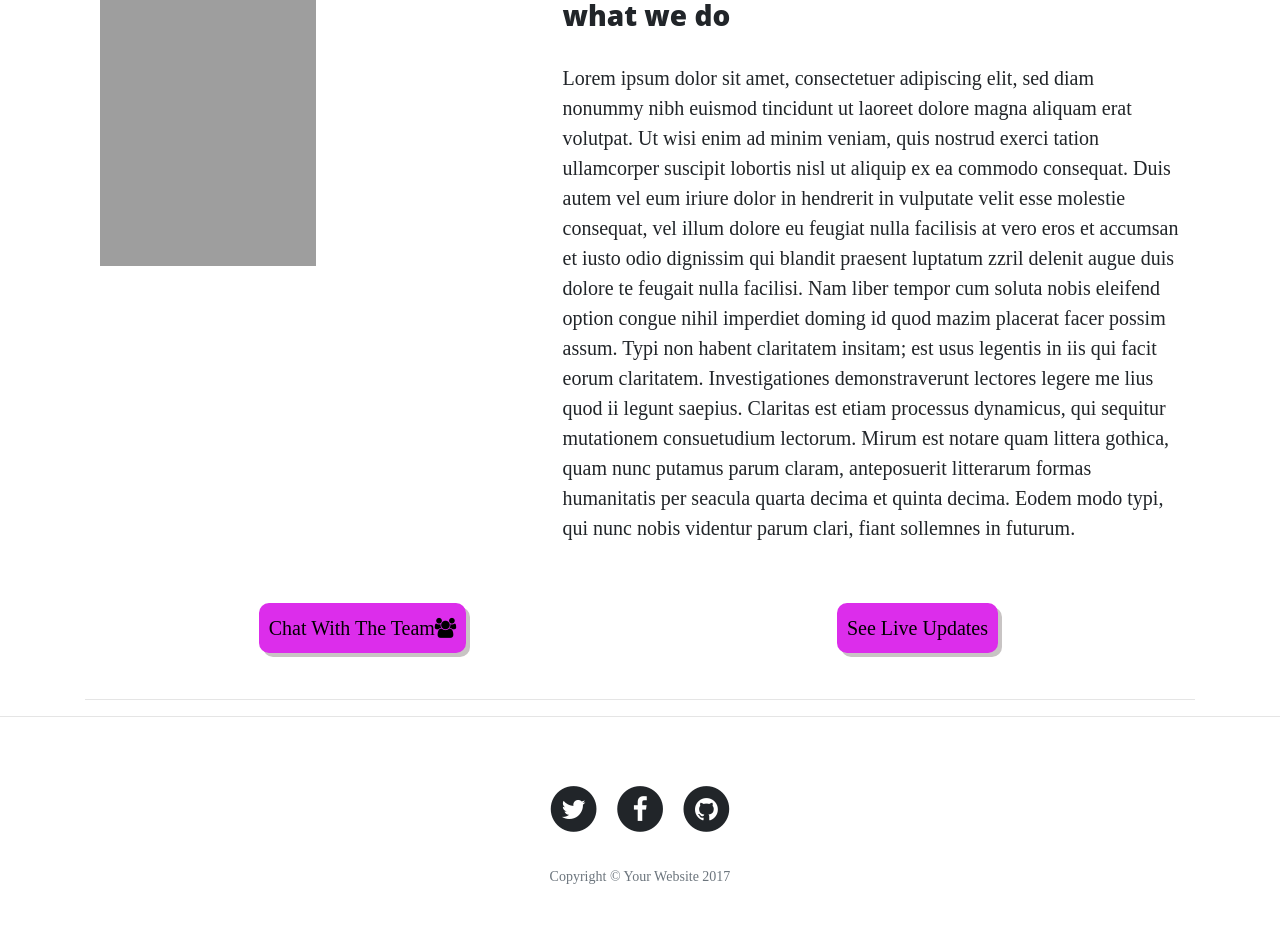
Repository: cachimiro/los-pochoclos
Page: http://localhost/charity
The author's editor kept a record of every edit. The page is drawn from the files as they stood at one moment, then again after the next edit.
The browser window is 1280 px wide. The pictures show the part of the page from y = 1902 to 2854 px (the page is 2854 px tall).
Pictures or frames that could not be fetched are drawn as grey boxes. The page is served by the project's application, run on Flask 3 (run.py). Other server files are loaded and not shown.

Above is the page before.

### templates/charity.html
{% extends 'base.html' %} {% block content %}

  <!---- style for image slide show------>

<style>
.mySlides {
  display: none;
}

img {
  vertical-align: middle;
}

/* Slideshow container */

.slideshow-container {
  max-width: 1000px;
  position: relative;
  margin: auto;
}


/* Fading animation */

.fade {
  -webkit-animation-name: fade;
  -webkit-animation-duration: 3s;
  animation-name: fade;
  animation-duration: 3s;
  width: 80%;


}

@-webkit-keyframes fade {
  from {
    opacity: .4
  }
  to {
    opacity: 1
  }
}

@keyframes fade {
  from {
    opacity: .4
  }
  to {
    opacity: 1
  }
}

/* On smaller screens, decrease text size */

@media only screen and (max-width: 300px) {
  .text {
    font-size: 11px
  }
}
.header-what-we-do{
  margin-top: 100px;

}
/*---------- style for buttons at the end of the section*/
.col-lg-6, .col-md-6, .col-sm-6 button{
  text-align: center;
  padding:10px;
}
button{
  margin: 20px;
  border-radius: 10px;
  text-decoration:none;
  background-color:#dc2deb;
  border:none;
  box-shadow: 4px 4px #c8c4c4;
}




</style>
<h2>

   {{ page_title }}

</h2><header class="masthead" style="background-image: url('https://scontent-lht6-1.xx.fbcdn.net/v/t1.0-9/198979_183783401664354_8256655_n.jpg?_nc_cat=107&_nc_ohc=fo7OV44w-2MAQn056HLddJiNwwdMlJGb7H2xHXyMq6WGMhgtGDJShV99A&_nc_ht=scontent-lht6-1.xx&oh=b607f42559864e66febb7cb282797aff&oe=5E6CB1C7')"><div class="overlay"></div><div class="container"><div class="row"><div class="col-lg-8 col-md-10 mx-auto"><div class="post-heading"><h1 style=" text-align:  center; margin:10px">Her Name IS Tanya</h1><h2 class="subheading" style=" text-align:  center">She is the reason this charity is taking place</h2></div></div></div></div></header><section><div class="container"><div class="row"><div class="col-lg-7 col-md-7 "><h3>why we do it</h3><p>Lorem ipsum dolor sit amet,
consectetuer adipiscing elit,
sed diam nonummy nibh euismod tincidunt ut laoreet dolore magna aliquam erat volutpat. Ut wisi enim ad minim veniam,
quis nostrud exerci tation ullamcorper suscipit lobortis nisl ut aliquip ex ea commodo consequat. Duis autem vel eum iriure dolor in hendrerit in vulputate velit esse molestie consequat,
vel illum dolore eu feugiat nulla facilisis at vero eros et accumsan et iusto odio dignissim qui blandit praesent luptatum zzril delenit augue duis dolore te feugait nulla facilisi. Nam liber tempor cum soluta nobis eleifend option congue nihil imperdiet doming id quod mazim placerat facer possim assum. Typi non habent claritatem insitam;
est usus legentis in iis qui facit eorum claritatem. Investigationes demonstraverunt lectores legere me lius quod ii legunt saepius. Claritas est etiam processus dynamicus,
qui sequitur mutationem consuetudium lectorum. Mirum est notare quam littera gothica,
quam nunc putamus parum claram,
anteposuerit litterarum formas humanitatis per seacula quarta decima et quinta decima. Eodem modo typi,
qui nunc nobis videntur parum clari,
fiant sollemnes in futurum.</p>
</div>
<div class="col-lg-5 col-md-5 " id="slide-show-photos">
  <div class="slideshow-container">
    <div class="mySlides fade">
      <img src="../static/img/tanya.jpg" style="width:100%"></div>
      <div class="mySlides fade">
        <img src="../static/img/tanya johann me.jpg" style="width:100%">
        </div>
        <div class="mySlides fade">
          <img src="../static/img/tanya johann boat.jpg" style="width:100%">
          </div>
          <div class="mySlides fade">
            <img src="https://scontent-lht6-1.xx.fbcdn.net/v/t1.0-9/25386_102864843089544_4935509_n.jpg?_nc_cat=103&_nc_ohc=gEBut99aF3IAQkGh2dldj7rDEqOye1kls_eliVdeWwcZ1DdaCadag5gFQ&_nc_ht=scontent-lht6-1.xx&oh=cae8cc26c64154a938cf9d5bbbaead0b&oe=5E72ED2F" style="width:100%">
            </div>
            <div class="mySlides fade">
              <img src="https://scontent-lht6-1.xx.fbcdn.net/v/t1.0-9/180900_177976592245035_1671228_n.jpg?_nc_cat=109&_nc_ohc=qDvnJq8rDvAAQloh-x4Y1ss8SHi2GQDt0S3Kc7WZ157JWn1C8r6mT0zFA&_nc_ht=scontent-lht6-1.xx&oh=0b086a2d586bd58b9278851fe02b9c69&oe=5E89726A" style="width:100%">
              </div>
              <div class="mySlides fade">
                <img src="https://scontent-lht6-1.xx.fbcdn.net/v/t1.0-9/39856_129568613752500_1749319_n.jpg?_nc_cat=107&_nc_ohc=VbtnikZ4UBIAQm_39U4ICHl5PVwWSM9EfFt46WSFkuyafOAVk16vLfBNQ&_nc_ht=scontent-lht6-1.xx&oh=3916972b16bf0ef1aaa6dbd30f918e8c&oe=5E857C1F" style="width:100%">
                </div>
                <div class="mySlides fade">
                  <img src="https://scontent-lht6-1.xx.fbcdn.net/v/t1.0-9/23616_102168856492476_1335747_n.jpg?_nc_cat=100&_nc_ohc=_Y0Ii_6dvjcAQld-oXSXNZD6aHam7c5aFn1_Psz9tGSr24VNRF43ApxNg&_nc_ht=scontent-lht6-1.xx&oh=45c7b910adaab8b106013aae4438ef9c&oe=5E7C4A69" style="width:100%">
                  </div>
                  <div class="mySlides fade">
                    <img src="https://scontent-lht6-1.xx.fbcdn.net/v/t1.0-9/23616_102168843159144_7658005_n.jpg?_nc_cat=105&_nc_ohc=C1_1UhY55poAQmDDsgh1mSU5BhCB98OIYsiea9VLHcAAWtw3R7zCmK9Qw&_nc_ht=scontent-lht6-1.xx&oh=c30c6dd46ef4eb20c48488902b23b23b&oe=5E679151" style="width:100%">
                    </div>
                    <div class="mySlides fade">
                      <img src="https://scontent-lht6-1.xx.fbcdn.net/v/t1.0-9/23616_102168839825811_4312866_n.jpg?_nc_cat=103&_nc_ohc=7XZMiaFhE68AQlGjjlRyDXl-6vRoc4kv43HAD3T51gYsdx9m0FwPdykvA&_nc_ht=scontent-lht6-1.xx&oh=14b57c4db923190f0b434e5ee2c40ac8&oe=5E84D878" style="width:100%">
                      </div>
                      <div class="mySlides fade">
                        <img src="https://scontent-lht6-1.xx.fbcdn.net/v/t1.0-9/23616_102168826492479_7425229_n.jpg?_nc_cat=102&_nc_ohc=P069FW_Xm0MAQmMMkUpeGYPFX3nCmj2GIx885TjCuPyCAKm8NxeiozWWA&_nc_ht=scontent-lht6-1.xx&oh=7587277eeb2a455100c6cf21e5ccabec&oe=5E7725B3" style="width:100%">
                        </div>
                        <div class="mySlides fade">
                          <img src="https://scontent-lht6-1.xx.fbcdn.net/v/t1.0-9/23616_102168796492482_5337829_n.jpg?_nc_cat=111&_nc_ohc=h9tve8Wh-joAQlkQ4HomnAXcCsh_u3Y_tedr8m8sGSzLUf8caP8--Y27g&_nc_ht=scontent-lht6-1.xx&oh=75648782b4571c95bec1810f26d56d2e&oe=5E6C4F18" style="width:100%">
                          </div>

                          </div>
                          </div>
                          <div class="container">
                            <div class="row">
                              <div class="col-lg-5 col-md-5 ">

                  <img src="https://image.freepik.com/free-vector/red-coming-soon-neon-icon-vector_53876-63152.jpg"></img>

       </div>
     <div class="col-lg-7 col-md-7 ">
   <h3 class="header-what-we-do">what we do</h3>
   <p>Lorem ipsum dolor sit amet,
consectetuer adipiscing elit,
sed diam nonummy nibh euismod tincidunt ut laoreet dolore magna aliquam erat volutpat. Ut wisi enim ad minim veniam,
quis nostrud exerci tation ullamcorper suscipit lobortis nisl ut aliquip ex ea commodo consequat. Duis autem vel eum iriure dolor in hendrerit in vulputate velit esse molestie consequat,
vel illum dolore eu feugiat nulla facilisis at vero eros et accumsan et iusto odio dignissim qui blandit praesent luptatum zzril delenit augue duis dolore te feugait nulla facilisi. Nam liber tempor cum soluta nobis eleifend option congue nihil imperdiet doming id quod mazim placerat facer possim assum. Typi non habent claritatem insitam;
est usus legentis in iis qui facit eorum claritatem. Investigationes demonstraverunt lectores legere me lius quod ii legunt saepius. Claritas est etiam processus dynamicus,
qui sequitur mutationem consuetudium lectorum. Mirum est notare quam littera gothica,
quam nunc putamus parum claram,
anteposuerit litterarum formas humanitatis per seacula quarta decima et quinta decima. Eodem modo typi,
qui nunc nobis videntur parum clari,
fiant sollemnes in futurum.</p>

</p>
</div>
</div>
</div>
<div class="container">
  <div class="row">
    <div class="col-lg-6 col-md-6 col-sm-6">
      <button>Chat With The Team<i class="fa fa-users"></i></button>
    </div>
    <div class="col-lg-6 col-md-6 col-sm-6">
      <button class="colour-change">See Live Updates<i class="fas fa-people-carry"></i></button>
    </div>
  </div>
</div>
</section>
<hr>
<script>
var slideIndex=0;
showSlides();

function showSlides() {
  var i;
  var slides=document.getElementsByClassName("mySlides");
  var stopSlideShow=document.getElementsByClassName('stop-Slide-Show');
  for (i=0;
  i < slides.length;
  i++) {
    slides[i].style.display="none";
  }
  slideIndex++;
  if (slideIndex > slides.length) {
    slideIndex=1
  }

  slides[slideIndex-1].style.display="block";
  setTimeout(showSlides, 3000); // Change image every 2 seconds

}




</script>
{% endblock %}

### templates/base.html
<!DOCTYPE html>
<html lang="en">
<head>
    <meta charset="UTF-8">
    <meta name="viewport" content="width=device-width, initial-scale=1.0">
    <meta http-equiv="X-UA-Compatible" content="ie=edge">
    <link href="https://stackpath.bootstrapcdn.com/font-awesome/4.7.0/css/font-awesome.min.css" rel="stylesheet" integrity="sha384-wvfXpqpZZVQGK6TAh5PVlGOfQNHSoD2xbE+QkPxCAFlNEevoEH3Sl0sibVcOQVnN" crossorigin="anonymous">
    <link href="{{ url_for('static', filename='vendor/bootstrap/css/bootstrap.min.css') }}" rel="stylesheet">
    <link rel="stylesheet" href="{{ url_for('static', filename='css/clean-blog.min.css') }}" type="text/css" />
    <link rel="stylesheet" href="{{ url_for('static', filename='css/style.css') }}" type="text/css" />
    <title>Los Pochocolos</title>
</head>
<body>
    <!-- Navigation -->
    <nav class="navbar navbar-expand-lg navbar-light fixed-top" id="mainNav">
        <div class="container">
            <a class="navbar-brand" href="{{url_for('index') }}">Finca Los Pochocolos</a>
            <button class="navbar-toggler navbar-toggler-right" type="button" data-toggle="collapse" data-target="#navbarResponsive" aria-controls="navbarResponsive" aria-expanded="false" aria-label="Toggle navigation">
          Menu
          <i class="fa fa-bars"></i>
        </button>
            <div class="collapse navbar-collapse" id="navbarResponsive">
                <ul class="navbar-nav ml-auto">
                    <li class="nav-item">
                        <a class="nav-link" href="{{ url_for('index') }}">Home</a>
                    </li>
                    <li class="nav-item">
                        <a class="nav-link" href="{{ url_for('about') }}">About</a>
                    </li>
                    <li class="nav-item">
                        <a class="nav-link" href="{{ url_for('contact') }}">Contact</a>
                    </li>
                    <li class="nav-item">
                        <a class="nav-link" href="{{ url_for('careers') }}">Careers</a>
                    </li>
                       <li class="nav-item">
                        <a class="nav-link" href="{{ url_for('charity') }}">Charity</a>
                    </li>
                </ul>
            </div>
        </div>
    </nav>

    <!-- Page Header -->
    <header class="masthead" style="background-image: url('https://berakatours.com/wp-content/uploads/2017/09/Avistamiento-Aves-Colombia.jpg')">
        <div class="overlay"></div>
        <div class="container">
            <div class="row">
                <div class="col-lg-8 col-md-10 mx-auto">
                    <div class="site-heading">
                        <h1>Los Pocholos</h1>
                        <span class="subheading">Turismo En La Guajira Colombia</span>
                    </div>
                </div>
            </div>
        </div>
    </header>

    <!-- Main Content -->
    <div class="container">
        {% block content %} {% endblock %}
    </div>

    <hr>

    <!-- Footer -->
    <footer>
        <div class="container">
            <div class="row">
                <div class="col-lg-8 col-md-10 mx-auto">
                    <ul class="list-inline text-center">
                        <li class="list-inline-item">
                            <a href="#">
                                <span class="fa-stack fa-lg">
                    <i class="fa fa-circle fa-stack-2x"></i>
                    <i class="fa fa-twitter fa-stack-1x fa-inverse"></i>
                  </span>
                            </a>
                        </li>
                        <li class="list-inline-item">
                            <a href="#">
                                <span class="fa-stack fa-lg">
                    <i class="fa fa-circle fa-stack-2x"></i>
                    <i class="fa fa-facebook fa-stack-1x fa-inverse"></i>
                  </span>
                            </a>
                        </li>
                        <li class="list-inline-item">
                            <a href="#">
                                <span class="fa-stack fa-lg">
                    <i class="fa fa-circle fa-stack-2x"></i>
                    <i class="fa fa-github fa-stack-1x fa-inverse"></i>
                  </span>
                            </a>
                        </li>
                    </ul>
                    <p class="copyright text-muted">Copyright &copy; Your Website 2017</p>
                </div>
            </div>
        </div>
    </footer>

    <!-- Bootstrap core JavaScript -->
    <script src="{{ url_for('static', filename='vendor/jquery/jquery.min.js') }}"></script>
    <script src="{{ url_for('static', filename='vendor/bootstrap/js/bootstrap.bundle.min.js') }}"></script>

    <!-- Custom scripts for this template -->
    <script src="{{ url_for('static', filename='js/clean-blog.min.js') }}"></script>

</body>
</html>

### run.py
import os
import json
from flask import Flask, render_template, request, flash

app = Flask(__name__)
app.secret_key = "cachimiro"


@app.route('/')
def index():
    return render_template("index.html")


@app.route('/about')
def about():
    data = []
    with open("data/company.json", "r") as json_data:
        data = json.load(json_data)
    return render_template("about.html", page_title="About", company=data)

@app.route('/about/<member_name>')
def about_member(member_name):
    member = {}

    with open("data/company.json", "r") as json_data:
        data = json.load(json_data)
        for obj in data:
            if obj["url"] == member_name:
                member = obj

    return render_template("member.html", member=member)




@app.route('/contact', methods=["GET", "POST"])
def contact():
    if request.method == "POST":
        flash("Thanks {}, we have received your message".format(
            request.form["name"]
        ))
    return render_template("contact.html", page_title="Contact")


@app.route('/careers')
def careers():
   return render_template("careers.html", page_title="careers")

@app.route('/charity')
def charity():
   return render_template("charity.html", page_title="charity")

if __name__ == '__main__':
    app.run(host=os.environ.get('IP'),
            port=int(os.environ.get('PORT')),
            debug=True)

### static/css/style.css
.col-md-5 img {
    width: 50%;
    height: 50%;
    margin-top: 30px;
    margin-bottom: 50px;

}

Loaded but not shown: static/css/clean-blog.min.css (library); static/js/clean-blog.min.js (common file)

After the next edit:
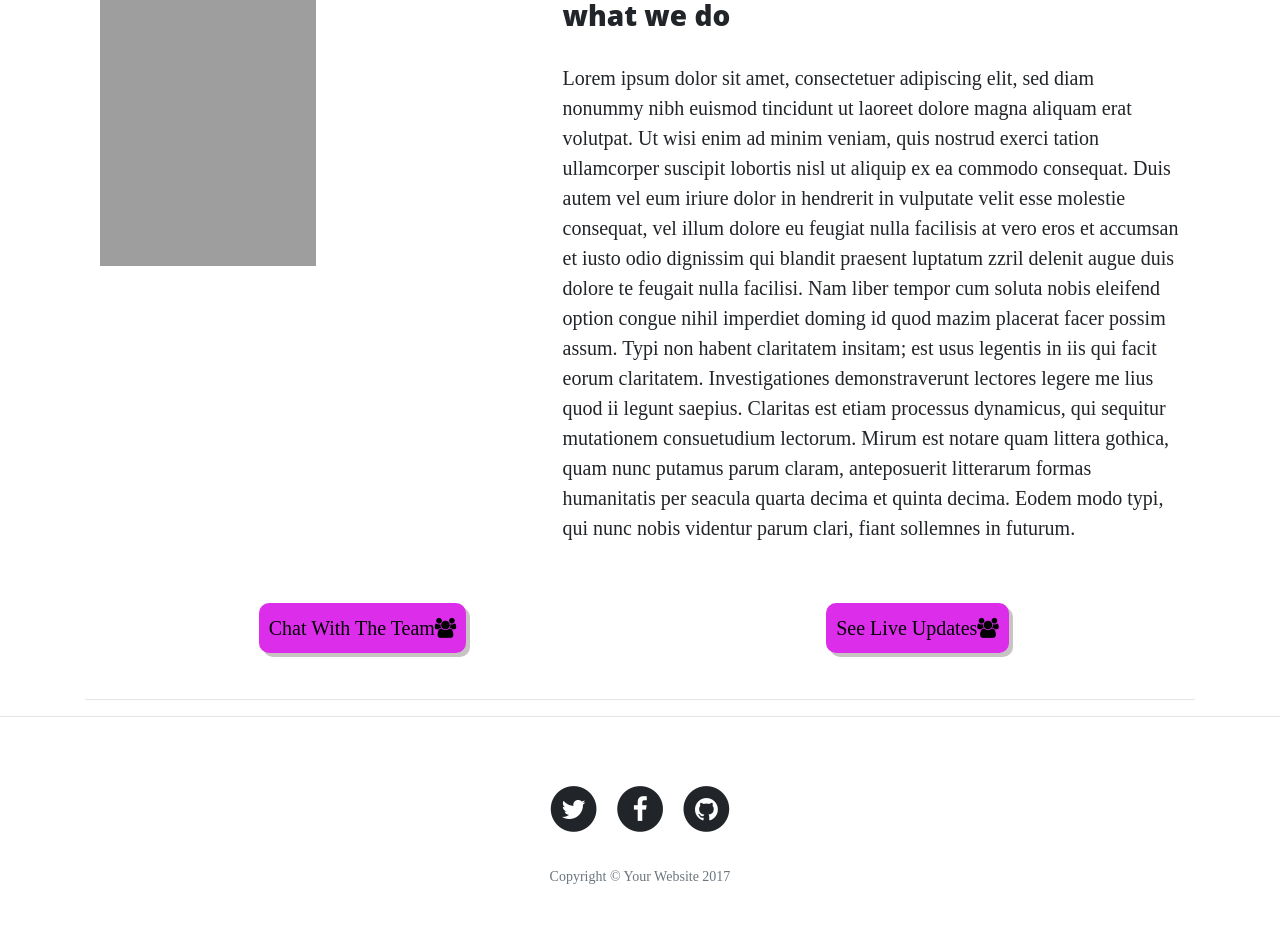
The edit:
--- a/templates/charity.html
+++ b/templates/charity.html
@@ -163,7 +163,7 @@
       <button>Chat With The Team<i class="fa fa-users"></i></button>
     </div>
     <div class="col-lg-6 col-md-6 col-sm-6">
-      <button class="colour-change">See Live Updates<i class="fas fa-people-carry"></i></button>
+      <button>See Live Updates<i class="fa fa-users"></i></button>
     </div>
   </div>
 </div>
